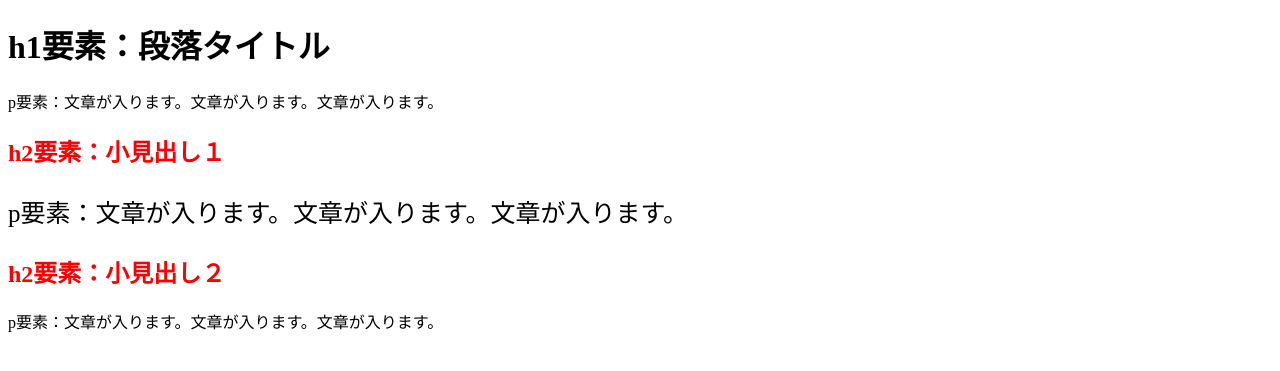
Repository: NozomiKatagiri/samurai
Page: index.html
The author's editor kept a record of every edit. The page is drawn from the files as they stood at one moment, then again after the next edit.
The browser window is 1280 px wide. The pictures show the whole page.

Above is the page before.

### index.html
<!DOCTYPE html>
<html lang="ja">
<head>
  <meta charset="UTF-8">
  <meta name="viewport" content="width=device-width, initial-scale=1.0">
  <meta http-equiv="X-UA-Compatible" content="ie=edge">
  <title>HTML/CSSの学習</title>
  <style type="text/css">
    h2{
      color:red;
    }
  </style>
</head>
<body>
<h1>h1要素：段落タイトル</h1>
<p>p要素：文章が入ります。文章が入ります。文章が入ります。</p>

<h2>h2要素：小見出し１</h2>
<p style="font-size:25px;">p要素：文章が入ります。文章が入ります。文章が入ります。</p>

<h2>h2要素：小見出し２</h2>
<p>p要素：文章が入ります。文章が入ります。文章が入ります。</p>
</body>
</html>

### stylesheet.css
@charset "utf-8";

body {
	margin: 0;
	padding: 0;
	font-family: "ヒラギノ角ゴ Pro W3", "Hiragino Kaku Gothic Pro", "メイリオ", Meiryo, Osaka, "ＭＳ Ｐゴシック", "MS PGothic", sans-serif;
	color: #333;
	font-size: 13px;
	line-height: 150%;
}

/* -------------------- wrapper -------------------- */
#wrapper {
    width: 100%;
    margin: auto;
    padding: 0px;
    border: 0px;
    background-color: #FFF;
   /* top: 10px;
    position: relative;*/
}

/* -------------------- header -------------------- */
#header {
	width: 100%;
}
#header h1 {
	margin: 0;
	padding: 0;
}

#corridor {
	width: 100%;
	height: auto;
}

/* -------------------- footer -------------------- */
#footer {
	clear: both;
	width: 100%;
	padding: 3px 0 3px 0;
	background: #39F;
	color: #FFF;
	font-weight: bold;
	text-align: center;
}

/* -------------------- nav -------------------- */
#nav {
	width: 100%;
}
#nav ul {
	margin: 0;
	padding: 0;
	list-style-type: none;
}
#nav ul li {
	float: left;
	width: 20%;
	text-align: center;
}
#nav ul li a {
	display: block;
	height: 20px;
	margin: 0;
	padding: 10px;
	color: #FFF;
	font-size: 20px;
	text-decoration: none;
	background-color: green;
}

/* -------------------- container -------------------- */
 #container {
	 width: 100%;
	 margin: auto ;
	 padding: auto;
	 padding-top: 20px;
	 clear: both;
 }
 /* -------------------- main -------------------- */
 #main {
	 float: left;
	 width: 60%;
	 padding: 10px 30px 10px 10px;
 }
 #main h2 {
	 margin: 0 0 10px 0;
	 padding: 3px 10px 3px 10px;
	 color: #FFF;
	 font-size: 16px;
	 border-left: solid 10px #C00;
	 background: #F90 url(../images/main_h2.jpg) right top repeat-y;
 }
 #main p {
	 margin: 0;
	 padding: 0;
 }
 #main .post {
	 margin: 0 0 30px 0;
 }

 #main .post img.right {
	 margin: 0 0 0 8px;
 }
 #main .post img.left {
	 margin: 0 8px 0 0;
 }

 .right {
	 float: right;
	 width: 40%;
	 height: auto;
 }
 .left {
	 float: left;
	 width: 40%;
	 height: auto;
 }

 /* -------------------- clearfix -------------------- */
 .clearfix {
	 zoom: 1;
 }
 .clearfix:after{
	 content: "";
	 display: block;
	 clear: both;
 }

 /* -------------------- side -------------------- */
 #side {
 	 float: right;
 	 width: 30%;
 	 padding: 20px;
 	 background-color: #F99;
 }
 #side .box {
 	 margin: 0 auto 30px auto;
 	 padding: 0 0 20px 0;
 	 background: url(images/side_box.png) bottom no-repeat;
 }
 #side .box h2 {
 	 margin: 0;
 	 padding: 8px;
 	 text-align: center;
 	 color: #fff;
 	 font-size: 16px;
 	 line-height: 16px;
 	 font-weight: normal;
 	 background: url(images/side_box_h2.png) center no-repeat;
 }
 #side .box .boxBody {
 	 padding: 8px;
 	 border-right: solid 1px #C36;
 	 border-bottom: solid 1px #C36;
 	 border-left: solid 1px #C36;
 	 background: #fff;
 }
 #side .box .boxBody ul {
 	 margin: 0 0 16px 0;
 	 padding: 0;
 }
 #side .box .boxBody ul li {
 	 padding: 8px 0 8px 4px;
 	 list-style: none;
 	 border-bottom: solid 1px #C36;
 }

After the next edit:
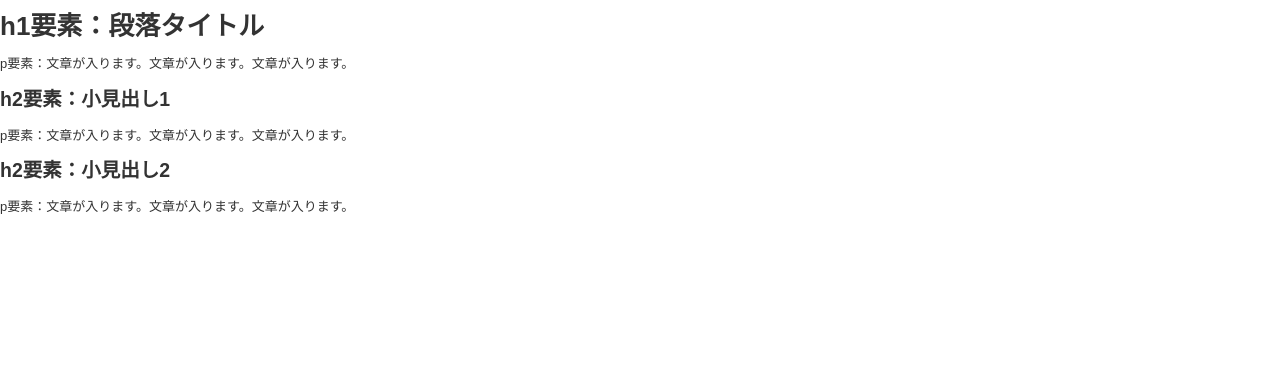
The edit:
--- a/index.html
+++ b/index.html
@@ -1,24 +1,20 @@
 <!DOCTYPE html>
 <html lang="ja">
-<head>
-  <meta charset="UTF-8">
-  <meta name="viewport" content="width=device-width, initial-scale=1.0">
-  <meta http-equiv="X-UA-Compatible" content="ie=edge">
-  <title>HTML/CSSの学習</title>
-  <style type="text/css">
-    h2{
-      color:red;
-    }
-  </style>
-</head>
-<body>
-<h1>h1要素：段落タイトル</h1>
-<p>p要素：文章が入ります。文章が入ります。文章が入ります。</p>
-
-<h2>h2要素：小見出し１</h2>
-<p style="font-size:25px;">p要素：文章が入ります。文章が入ります。文章が入ります。</p>
-
-<h2>h2要素：小見出し２</h2>
-<p>p要素：文章が入ります。文章が入ります。文章が入ります。</p>
-</body>
-</html>
+  <head>
+    <meta charset="UTF-8">
+    <title>HTML/CSSの学習</title>
+    <link rel="stylesheet" href="stylesheet.css">
+  </head>
+  <body>
+    <h1 class="blue">h1要素：段落タイトル</h1>
+    <p>p要素：文章が入ります。文章が入ります。文章が入ります。</p>
+    <h2 class="blue">h2要素：小見出し1</h2>
+    <p class="fs-25">
+      p要素：文章が入ります。文章が入ります。文章が入ります。
+    </p>
+    <h2 id="red">h2要素：小見出し2</h2>
+    <p class="fw-bold">
+      p要素：文章が入ります。文章が入ります。文章が入ります。
+    </p>
+  </body>
+ </html>
